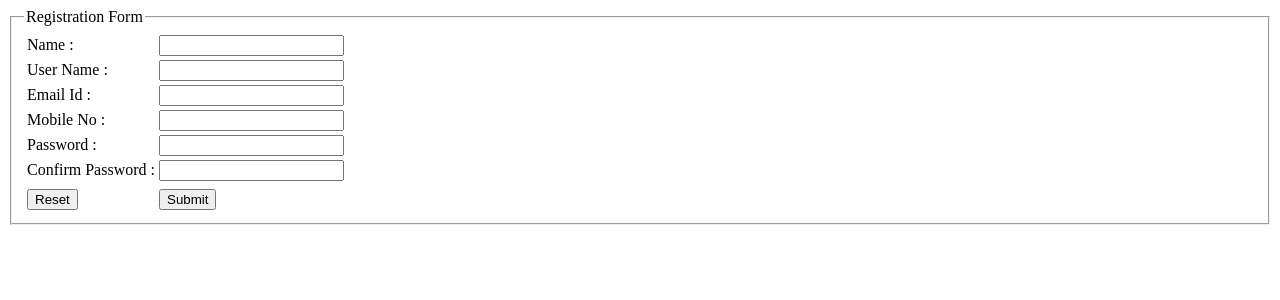
Repository: nosranijuned/WebRegister
Page: WebRegister/WebContent/view/RegistrationPage.html
An editor plug-in stored every save of this project. The page is shown before and after the next save, followed by the edit.
The browser window is 1280 px wide. The pictures show the whole page.

Above is the page before, as saved 2019-03-12 06:29:26.

After the next save:
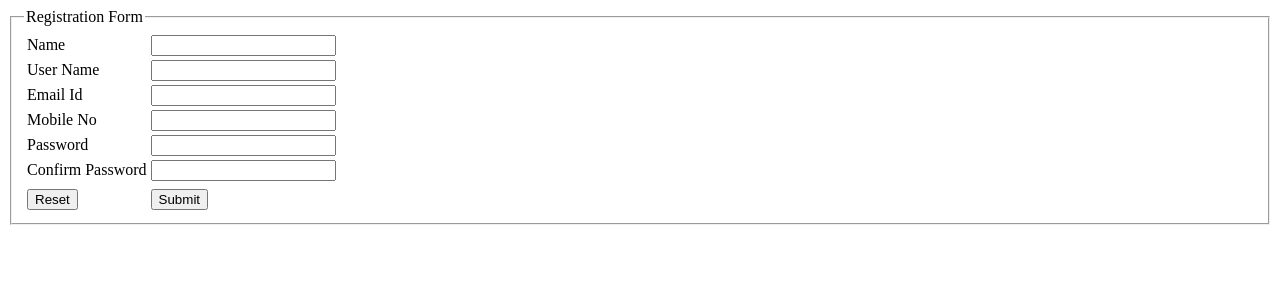
Saved 23 s later.
--- a/WebRegister/WebContent/view/RegistrationPage.html
+++ b/WebRegister/WebContent/view/RegistrationPage.html
@@ -9,12 +9,12 @@
 	<fieldset>
   		<legend>Registration Form</legend>
 		<table>
-			<tr><td>Name : </td><td><input type="text" name="name"></td></tr>
-			<tr><td>User Name : </td><td><input type="text" name="uname"></td></tr>
-			<tr><td>Email Id : </td><td><input type="email" name="email"></td></tr>
-			<tr><td>Mobile No : </td><td><input type="text" name="mobile"></td></tr>
-			<tr><td>Password : </td><td><input type="password" name="pass"></td></tr>
-			<tr><td>Confirm Password :</td><td><input type="password" name="cpass"></td></tr>
+			<tr><td>Name</td><td><input type="text" name="name"></td></tr>
+			<tr><td>User Name</td><td><input type="text" name="uname"></td></tr>
+			<tr><td>Email Id</td><td><input type="email" name="email"></td></tr>
+			<tr><td>Mobile No</td><td><input type="text" name="mobile"></td></tr>
+			<tr><td>Password</td><td><input type="password" name="pass"></td></tr>
+			<tr><td>Confirm Password</td><td><input type="password" name="cpass"></td></tr>
 			<tr><td></td><td></td></tr>
 			<tr><td><input type="reset" value="Reset"></td><td><input type="submit" value="Submit"></td></tr>
 		</table>
